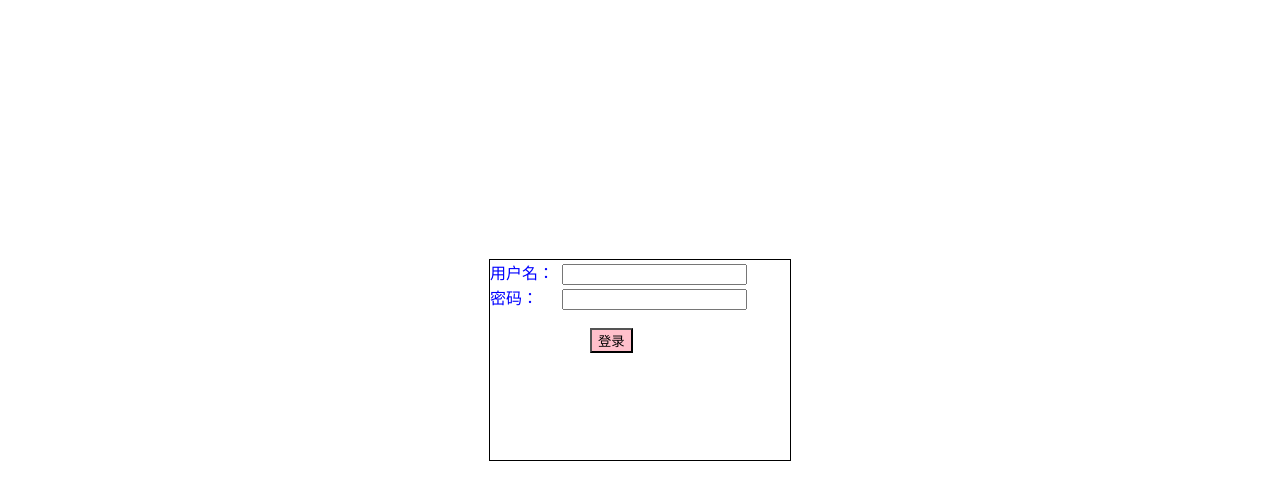
Repository: guirui-li/StudyJavaWeb
Page: http://localhost/JavawebTest/experiment02/login.jsp
An editor plug-in stored every save of this project. The page is shown before and after the next save, followed by the edit.
The browser window is 1280 px wide. The pictures show the whole page.
The page is served by Tomcat 9.

Above is the page before, as saved 2019-05-03 06:22:47.

After the next save:
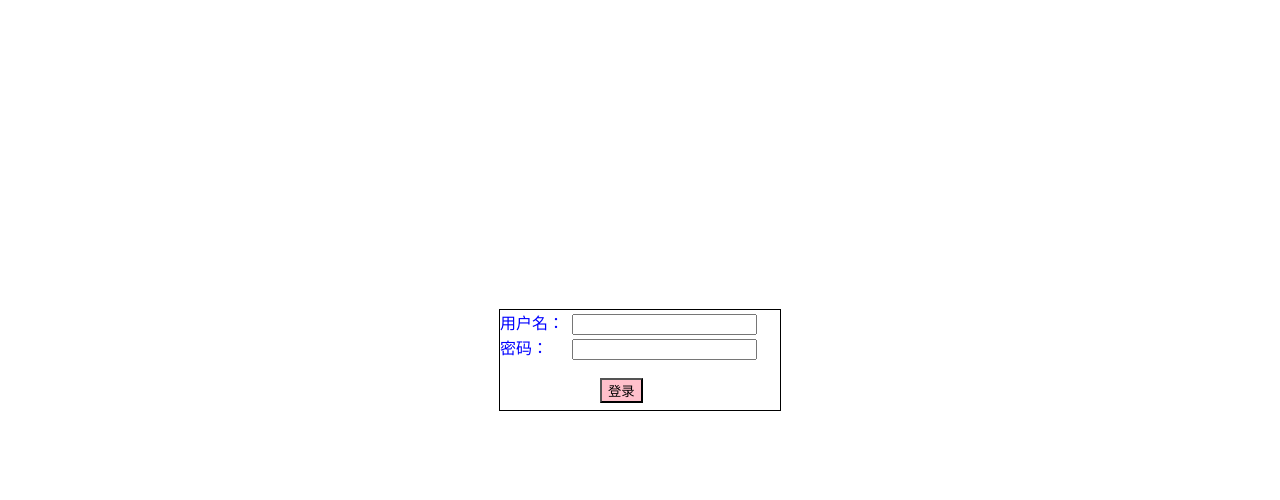
Saved 9 s later.
--- a/JavawebTest/WebContent/experiment02/login.jsp
+++ b/JavawebTest/WebContent/experiment02/login.jsp
@@ -18,8 +18,8 @@
 		}
 		#form1{
 			border: 1px solid black;
-			width:300px;
-			height:200px;
+			width:280px;
+			height:100px;
 			position:absolute;
 			top:50%;
 			left:50%;
